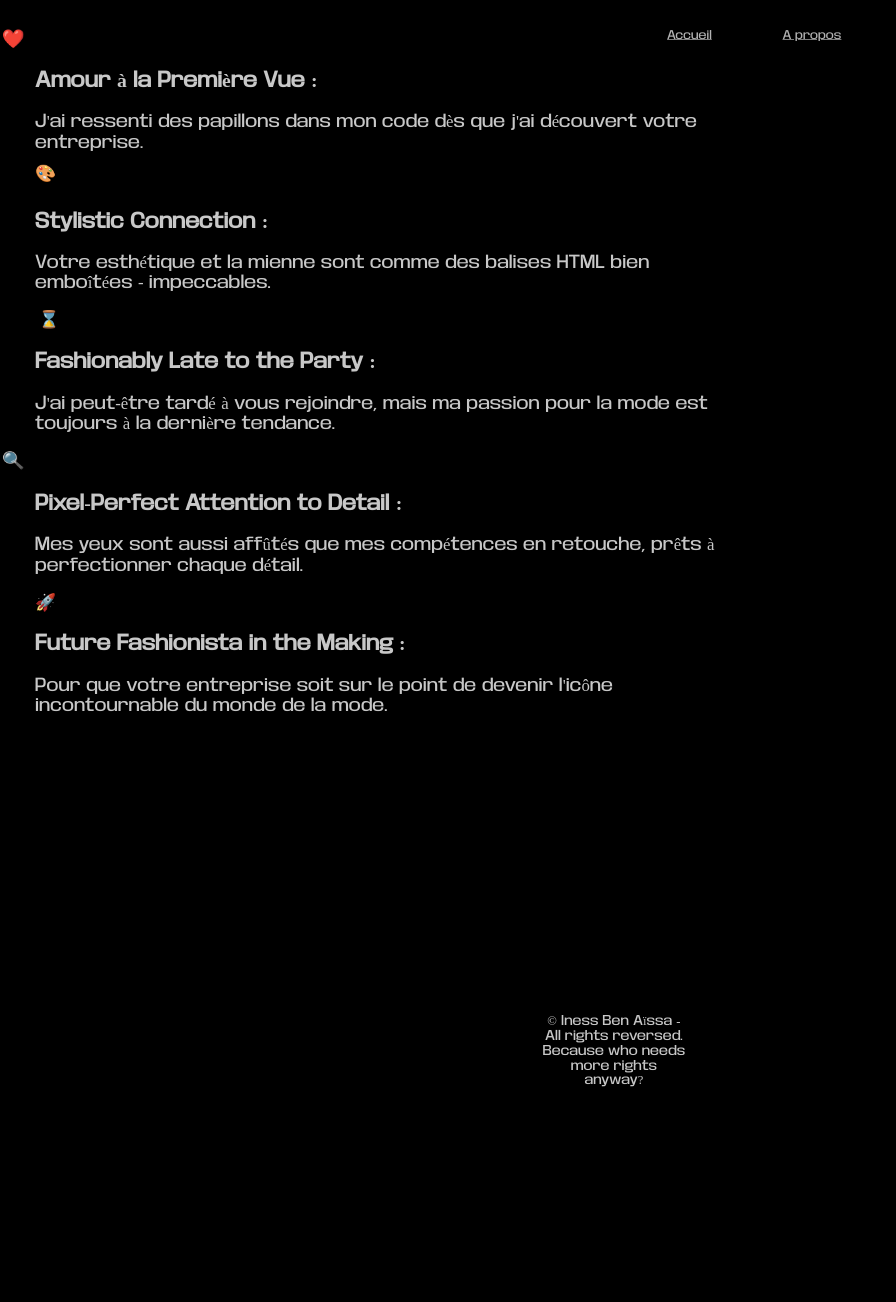
Repository: inessben/application
Page: company/company.html
These files come from the project's save history. The page is drawn as it stood at one moment and after the next save; the edit follows.
The browser window is 1280 px wide. The pictures show the whole page, at 70% of full size.

Above is the page before, as saved 2023-12-04 03:25:53.

After the next save:
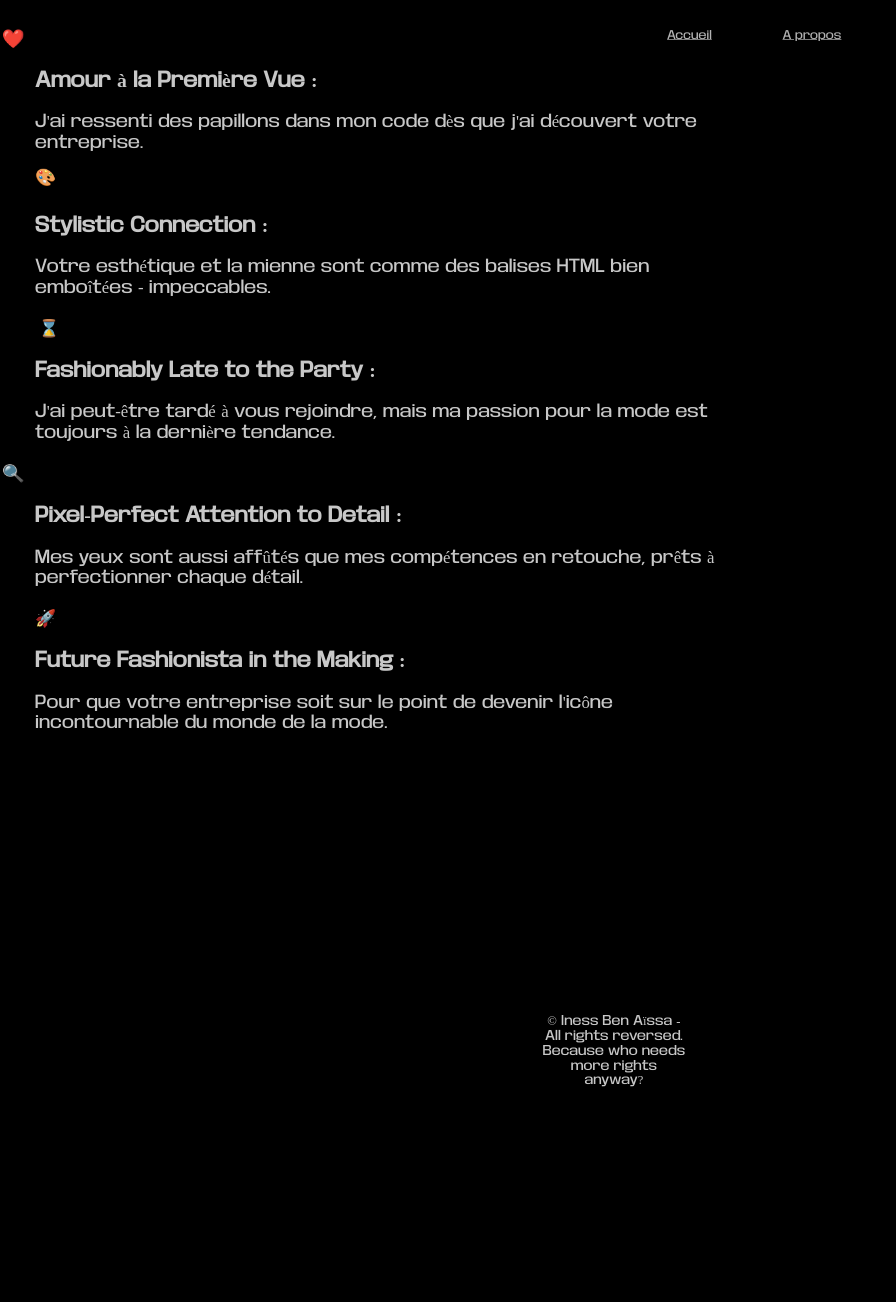
Saved 51 s later.
--- a/company/company.css
+++ b/company/company.css
@@ -72,6 +72,7 @@
 .sentences{
     position: relative;
     width: 80vw;
+    margin: 0 0 30px 0;
 }
 
 #heart-animation {

After the save that followed:
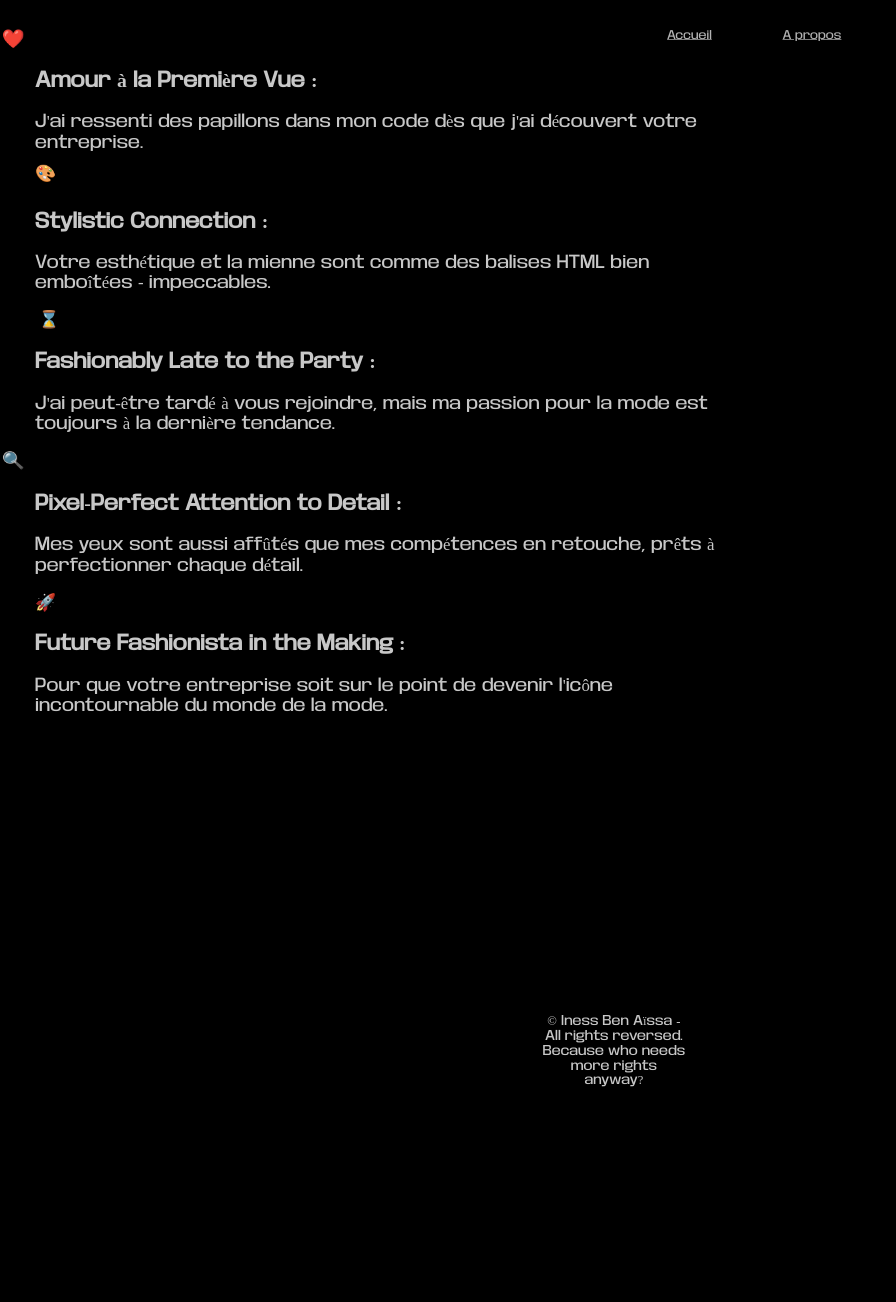
Saved 30 s later.
--- a/company/company.css
+++ b/company/company.css
@@ -72,7 +72,6 @@
 .sentences{
     position: relative;
     width: 80vw;
-    margin: 0 0 30px 0;
 }
 
 #heart-animation {
